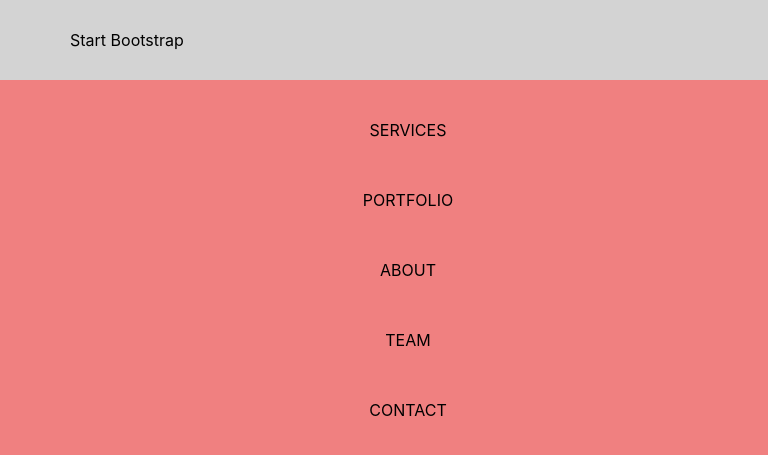
Repository: ooter37/media-queries-afternoon
Page: / (app in portfolio-clone/)
An editor plug-in stored every save of this project. The page is shown before and after the next save, followed by the edit.
The browser window is 768 px wide. The pictures show the whole page.
The project was rebuilt for these pictures with package versions that can differ from the ones it lists, and the page was loaded fresh each time.

Above is the page before, as saved 2020-04-13 13:42:47.

After the next save:
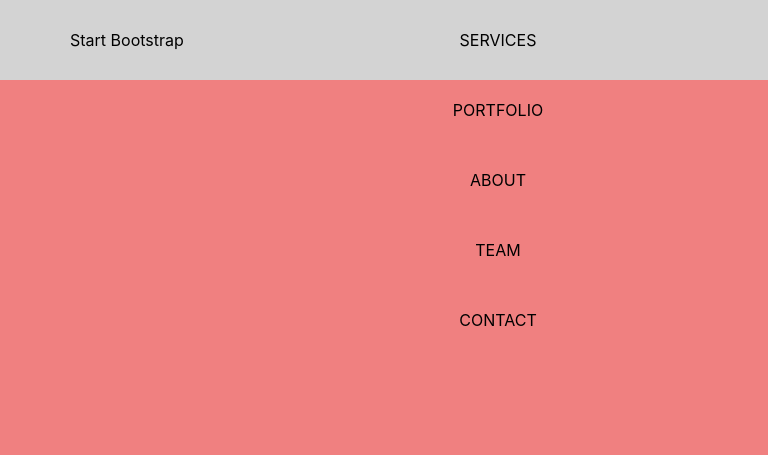
Saved 32 s later.
--- a/portfolio-clone/src/App.css
+++ b/portfolio-clone/src/App.css
@@ -39,6 +39,6 @@ body {
     flex-direction: column;
     min-width: 300px;
     height: 300px;
-    padding: 90px;
+
   }
 }
